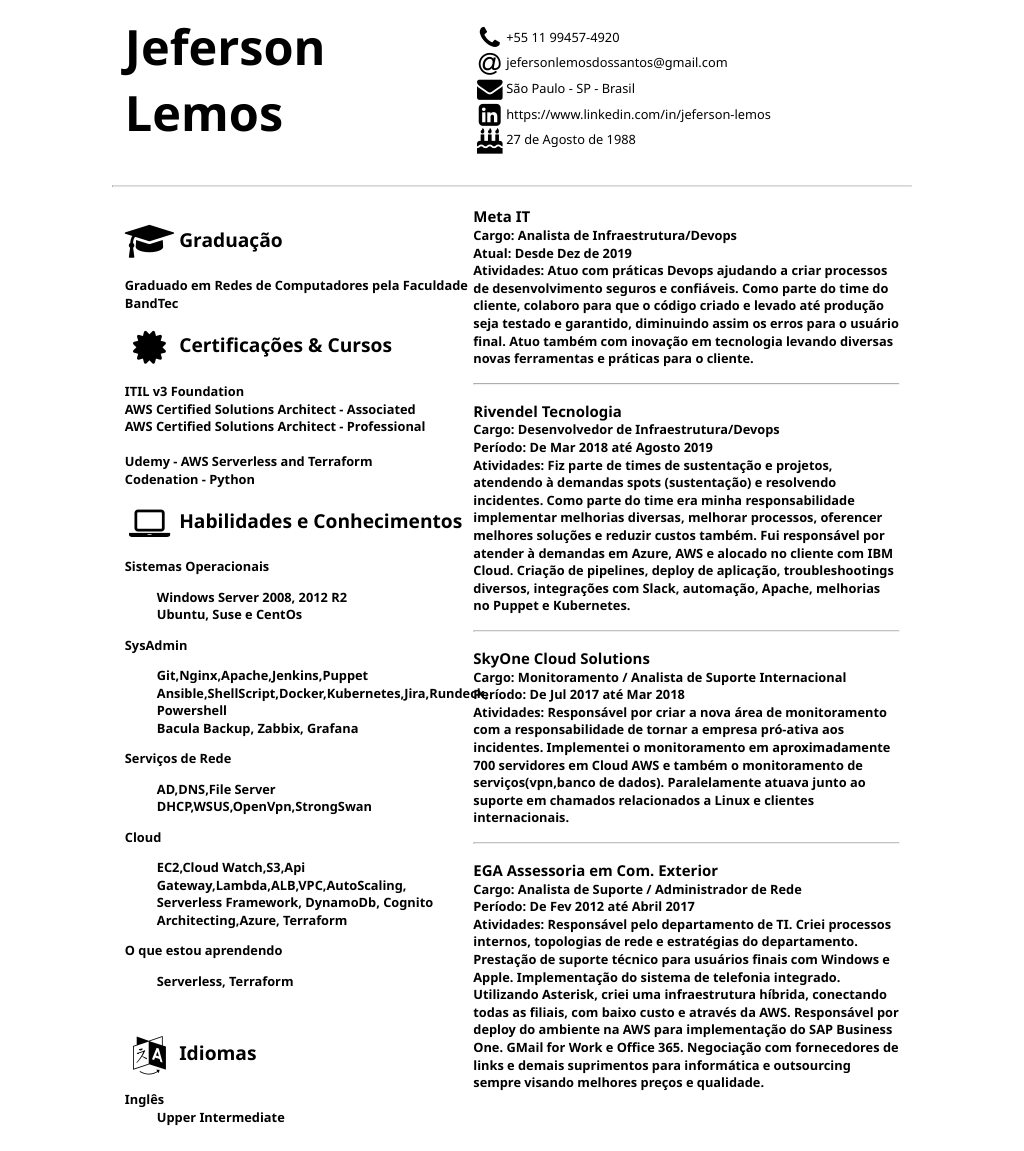
Repository: jefersonlemos/Resume-pt
Page: index.html
These files come from the project's save history. The page is drawn as it stood at one moment and after the next save; the edit follows.
The browser window is 1280 px wide. The pictures show the whole page, at 80% of full size.

Above is the page before, as saved 2020-06-15 12:08:28.

### index.html
<!DOCTYPE html>

<html lang="en">
<head>
    <meta charset="utf-8" />
    <title>Jeferson Lemos PT</title>
    <link rel="stylesheet" href="./css/normalize.css" type="text/css" />
    <link rel="stylesheet" href="./css/app.css" type="text/css" />
    <link rel="stylesheet" href="./css/font-awesome.min.css" type="text/css" />
</head>
<body>
    <div class="content">
        <header>
            <section>
                <h1>Jeferson <br />Lemos</h1>
            </section>
            <section>
                <ul>
                    <li>
                        <i class="fa fa-fw fa-2x fa-phone"></i>+55 11 99457-4920
                    </li>
                    <li>
                        <i class="fa fa-fw fa-2x fa-at"></i>jefersonlemosdossantos@gmail.com
                    </li>
                    <li>
                        <i class="fa fa-fw fa-2x fa-envelope"></i>São Paulo - SP - Brasil
                    </li>
                    <li>
                        <i class="fa fa-fw fa-2x fa-linkedin-square"></i>https://www.linkedin.com/in/jeferson-lemos
                    </li>
                    <li>
                        <i class="fa fa-fw fa-2x fa-birthday-cake"></i>27 de Agosto de 1988
                    </li>
                </ul>
            </section>
        </header>
        <hr />
        <main>
            <section>
                <article>
                    <h2><i class="fa fa-fw fa-2x fa-graduation-cap"></i> Graduação</h2>
                        Graduado em Redes de Computadores pela Faculdade BandTec

                </article>
                <article>
                    <h2><i class="fa fa-fw fa-2x fa-certificate"></i> Certificações & Cursos</h2>

                        ITIL v3 Foundation </br>
                        AWS Certified Solutions Architect - Associated </br>
                        AWS Certified Solutions Architect - Professional</br>
						</br>

					<b>Udemy - </b>AWS Serverless and Terraform</br>
					<b>Codenation - </b> Python </br>

                </article>
				 <article>
                    <h2><i class="fa fa-fw fa-2x fa-laptop"></i> Habilidades e Conhecimentos</h2>
                    <dl>
                        <dt>Sistemas Operacionais</dt>
                        <dd>
                            <ul>
                                <li>Windows Server 2008, 2012 R2</li>
                                <li>Ubuntu, Suse e CentOs</li>
                            </ul>
                        </dd>
                        <dt>SysAdmin</dt>
                        <dd>
                            <ul>
                                <li>Git,Nginx,Apache,Jenkins,Puppet</li>
                                <li>Ansible,ShellScript,Docker,Kubernetes,Jira,Rundeck, Powershell </li>
                                <li>Bacula Backup, Zabbix, Grafana</li>

                            </ul>
                        </dd>
                        <dt>Serviços de Rede</dt>
                        <dd>
                            <ul>
                                <li>AD,DNS,File Server DHCP,WSUS,OpenVpn,StrongSwan</li>
                            </ul>
                        </dd>
                        <dt>Cloud</dt>
                        <dd>
                            <ul>
                                <li>EC2,Cloud Watch,S3,Api Gateway,Lambda,ALB,VPC,AutoScaling, Serverless Framework, DynamoDb, Cognito</li>
                                <li>Architecting,Azure, Terraform </li>
                            </ul>
                        </dd>
                        <dt>O que estou aprendendo</dt>
                        <dd>
                            <ul>
                                <li>Serverless, Terraform</li>
                            </ul>
                        </dd>
                    </dl>
                </article>
                <br />
                <article>
                    <h2><i class="fa fa-fw fa-2x fa-language"></i> Idiomas</h2>
                    <dl>
                        <dt>Inglês</dt>
                        <dd>Upper Intermediate</dd>
                    </dl>
                </article>
            </section>
            <section>
                <article>
                    <h3>Meta IT</h3>
                    <strong>Cargo:</strong> Analista de Infraestrutura/Devops <br />
                    <strong>Atual:</strong> Desde Dez de 2019<br />
                    <strong>Atividades:</strong> Atuo com práticas Devops ajudando a criar processos de desenvolvimento seguros e confiáveis. Como parte do time do cliente,
                     colaboro para que o código criado e levado até produção seja testado e garantido, diminuindo assim os erros para o usuário final.
                     Atuo também com inovação em tecnologia levando diversas novas ferramentas e práticas para o cliente.
                    <hr />
					<h3>Rivendel Tecnologia</h3>
                    <strong>Cargo:</strong> Desenvolvedor de Infraestrutura/Devops <br />
                    <strong>Período:</strong> De Mar 2018 até Agosto 2019<br />
                    <strong>Atividades:</strong> Fiz parte de times de sustentação e projetos, atendendo à demandas spots (sustentação) e resolvendo incidentes.
                    Como parte do time era minha responsabilidade implementar melhorias diversas, melhorar processos, oferencer melhores soluções e reduzir custos também.
                    Fui responsável por atender à demandas em Azure, AWS e alocado no cliente com IBM Cloud. Criação de pipelines, deploy de aplicação, troubleshootings diversos,
                     integrações com Slack, automação, Apache, melhorias no Puppet e Kubernetes.
                    <hr />
		            <h3>SkyOne Cloud Solutions</h3>
                    <strong>Cargo:</strong> Monitoramento / Analista de Suporte Internacional <br />
                    <strong>Período:</strong> De Jul 2017 até Mar 2018<br />
                    <strong>Atividades:</strong> Responsável por criar a nova área de monitoramento com a responsabilidade de tornar a empresa pró-ativa aos incidentes.
                    Implementei o monitoramento em aproximadamente 700 servidores em Cloud AWS e também o monitoramento de serviços(vpn,banco de dados).
			        Paralelamente atuava junto ao suporte em chamados relacionados a Linux e clientes internacionais.
                    <hr />
                    <h3>EGA Assessoria em Com. Exterior</h3>
                    <strong>Cargo:</strong> Analista de Suporte / Administrador de Rede  <br />
                    <strong>Período:</strong> De Fev 2012 até Abril 2017<br />
                    <strong>Atividades:</strong> Responsável pelo departamento de TI. Criei processos internos, topologias de rede e estratégias do departamento.
                    Prestação de suporte técnico para usuários finais com Windows e Apple. Implementação do sistema de telefonia integrado. Utilizando Asterisk,
                    criei uma infraestrutura híbrida, conectando todas as filiais, com baixo custo e através da AWS. Responsável por deploy do ambiente na AWS para
                    implementação do SAP Business One. GMail for Work e Office 365. Negociação com fornecedores de links e demais suprimentos para informática e outsourcing
                    sempre visando melhores preços e qualidade.
                    <!-- <hr />
                    <h3>Kosmos Tecnologia</h3>
                    <strong>Cargo:</strong> Empreendedor<br />
                    <strong>Período:</strong> De Nov 2009 até Fev 2012<br />
                    <strong>Atividades:</strong> Eu fui um empreendedor e fui responsável por prover suporte técnico (hardware e software) para os clientes.
                    Fui também responsável por procurar novos clientes.
                    Prestei consultoria para pequenas empresas montando novos escritórios, criando websites, politicas de rede, backups e melhorias na rede.
                    Migrei um grande site chamado famosidades.com.br de um pequeno hosting para um hosting maior e mais seguro, migrei de Windows para Linux.
                    <hr /> -->
                   <!-- <h3>Stefanini IT Solutions</h3>
                    <strong>Cargo:</strong> Analista de Suporte I & II<br />
                    <strong>Periodo:</strong> De Nov 2008 até Nov 2009<br />
                    <strong>Atividades :</strong> Meu primeiro emprego, eu prestei suporte técnico em início de carreira. Participei de um projeto de migração de
                    1000 hosts de um domínio Windows 2003 para um novo domínio WIndows 2008.
                    <hr />-->
                </article>
            </section>
        </main>
        <footer>

        </footer>
    </div>
</body>
</html>

### css/app.css
body {
    font-family: 'Segoe UI', sans-serif;
}

.content {
    width: 1000px;
    margin: 0 auto;
}

header,
main {
    display: flex;
    padding: 1rem;
}

    header section,
    main section {
        -ms-flex: 1;
        flex: 1;
    }
    header section:first-child,
    main section:first-child {
        max-width: 45%;
    }

header h1 {
    font-size: 3.8rem;
    margin: 0;
}
main h3 {
    margin: 0;
}
main hr {
    margin: 20px 0;
}
header .fa,
main .fa {
    vertical-align: middle;
}
ul {
    list-style: none;
    padding: 0;
}

dt {
    font-weight: bold;
}

article {
    font-weight: bold;
}

Loaded but not shown: css/normalize.css (library); css/font-awesome.min.css (library)

After the next save:
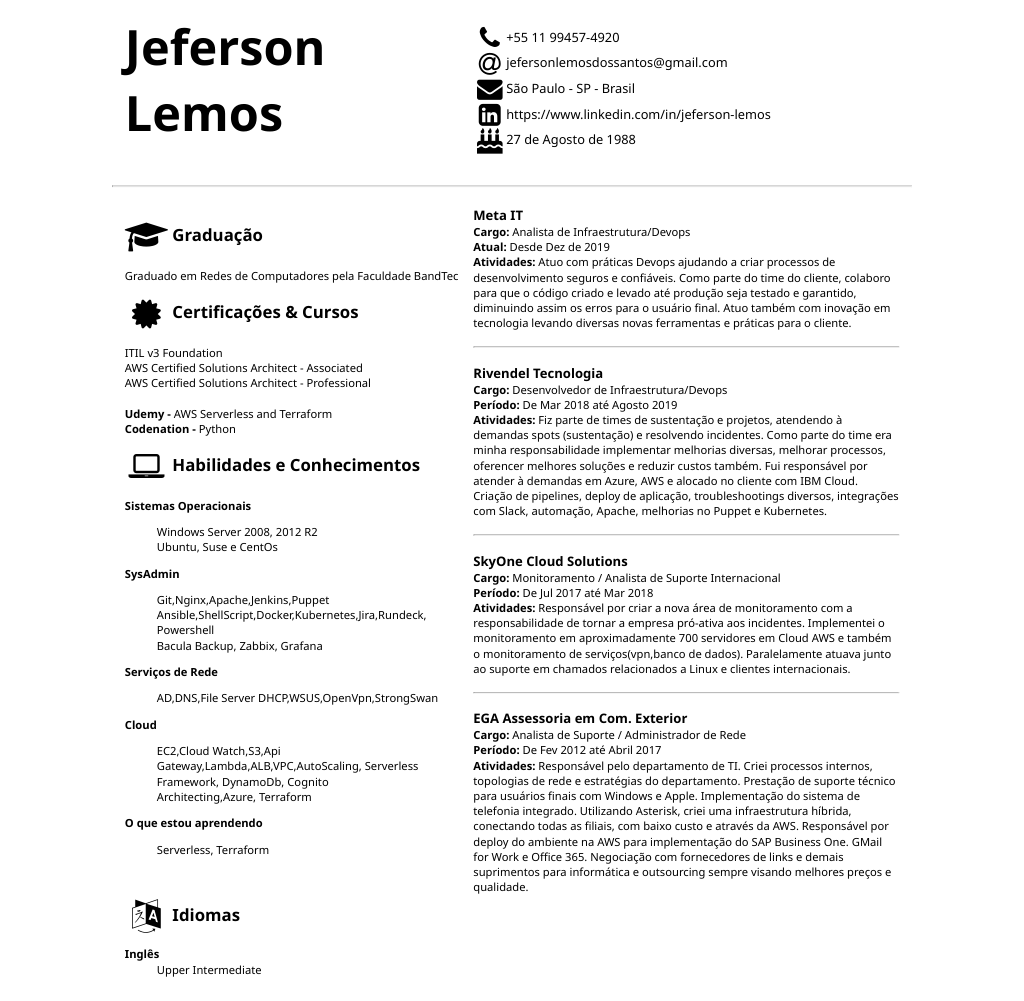
Saved 16 s later.
--- a/css/app.css
+++ b/css/app.css
@@ -47,5 +47,5 @@ dt {
 }
 
 article {
-    font-weight: bold;
+    font-size: 14px;
 }
